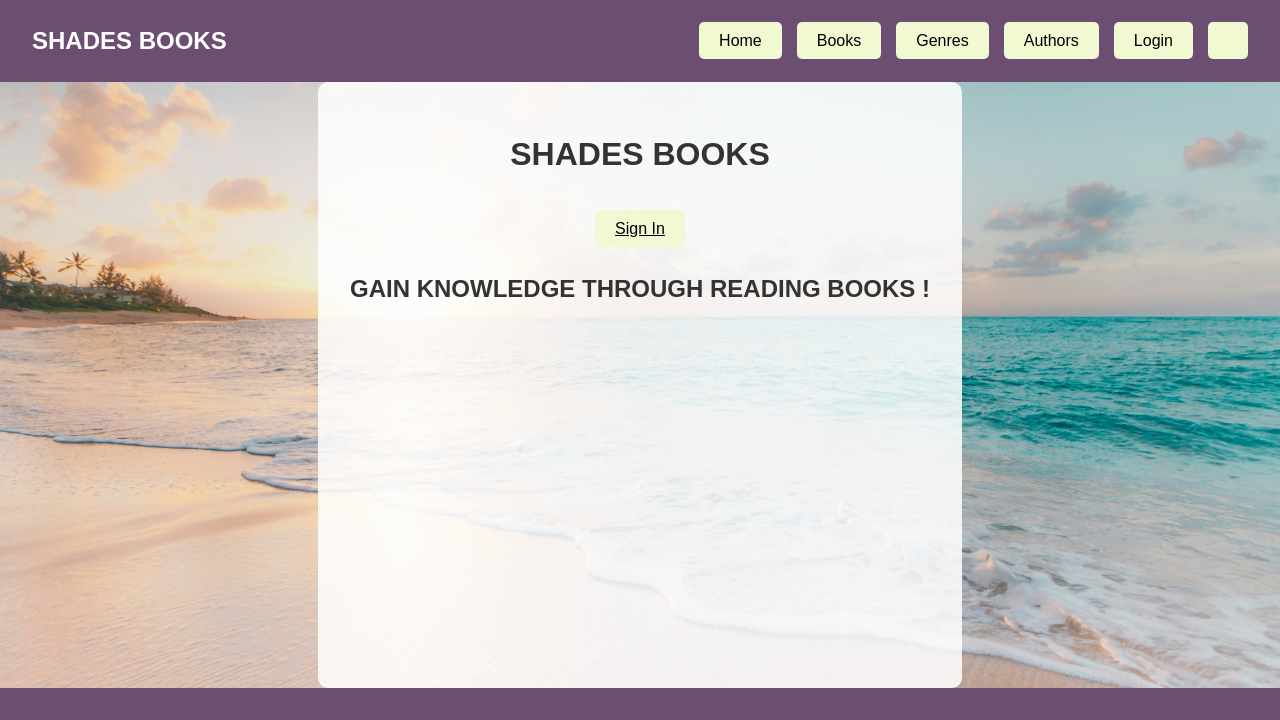
Repository: Harishsuresh-kumar/Library-Web
Page: WORK SITE/User.html
These files come from the project's save history. The page is drawn as it stood at one moment and after a run of saves; the edit follows.
The browser window is 1280 px wide. The pictures show the whole page.

Above is the page before, as saved 2024-11-07 06:56:29.

### WORK SITE/User.html
<!DOCTYPE html>
<html lang="en">
<head>
    <meta charset="UTF-8">
    <meta name="viewport" content="width=device-width, initial-scale=1.0">
    <title>Online Library Management System</title>
    <link rel="stylesheet" href="user.css">
</head>
<body>
    <div class="wrapper">
        <header>
            <div class="logo">
                <h2>SHADES BOOKS</h2>
            </div>
            <nav>
                <ul>
                    <li><a href="User.html" class="button">Home</a></li>
                    <li><a href="Book.html" class="button">Books</a></li>
                    <li><a href="genre.html" class="button">Genres</a></li>
                    <li><a href="Authors.html" class="button">Authors</a></li>
                    <li><a href="Admin Login.html" class="button">Login</a></li>
                    <li><a href="#" class="button"></a></li>
                </ul>
            </nav>
        </header>

        <section class="feature-section">
            <div class="overlay">
                <h1>SHADES BOOKS</h1>

                <div class="carousel">
                    <div class="carousel-item">
                        <!-- Add carousel images here -->
                    </div>
                </div>
                <a href="registration.html" class="button">Sign In</a><br></br>
                <h2>GAIN KNOWLEDGE THROUGH READING BOOKS !</h2>
            </div>
        </section>

        <footer>

        </footer>
    </div>
</body>
</html>

### WORK SITE/user.css
/* Basic styles for the body and html */
body, html {
    margin: 0;
    padding: 0;
    font-family: 'Arial', sans-serif;
    background-image: url('Admin\ image.jpg');
    color: #333;
    height: 100%;
    background-size: cover;
    background-repeat: no-repeat;
    background-position: center;
}

.wrapper {
    display: flex;
    flex-direction: column;
    min-height: 100vh;
}

header {
    background-color: #6B4E71; /* Soft Purple for the header */
    color: #fff;
    padding: 1rem 2rem;
    display: flex;
    align-items: center;
    justify-content: space-between;
}

.logo {
    display: flex;
    align-items: center;
}

.logo img {
    height: 50px;
    width: 50px;
    margin-right: 10px;
    border-radius: 50%;
}

header h2 {
    font-size: 24px;
    margin: 0;
}

nav ul {
    list-style: none;
    display: flex;
    gap: 15px;
}

nav ul li a {
    color: #fff;
    text-decoration: none;
    padding: 5px 10px;
    border-radius: 5px;
    transition: background 0.3s;
}

nav ul li a:hover {
    background-color: #967BB6; /* Light Purple on hover */
}

.feature-section {
    padding: 4rem 2rem;
    text-align: center;
    flex: 1;
    background: rgba(255, 255, 255, 0.85); /* Light overlay */
    border-radius: 10px;
    max-width: 800px;
    margin: 0 auto;
}

.carousel {
    display: flex;
    justify-content: center;
    gap: 15px;
    margin: 20px 0;
}

.carousel-item img {
    width: 150px;
    height: 200px;
    object-fit: cover;
    border-radius: 8px;
    box-shadow: 0 4px 8px rgba(0, 0, 0, 0.1);
}

button, .button {
    background-color: #f1f9d3; /* Soft Purple */
    color: #000;
    padding: 10px 20px;
    border: none;
    border-radius: 5px;
    font-size: 16px;
    cursor: pointer;
    transition: background 0.3s;
}

button:hover, .button:hover {
    background-color: #967BB6; /* Light Purple on hover */
}

footer {
    background-color: #6B4E71; /* Soft Purple */
    color: #fff;
    text-align: center;
    padding: 1rem;
}

footer ul {
    list-style: none;
    display: flex;
    gap: 15px;
    padding: 0;
    margin: 0;
    justify-content: center;
}

footer ul li a {
    color: #fff;
    text-decoration: none;
    transition: color 0.3s;
}

footer ul li a:hover {
    color: #D1C4E9; /* Light Lavender */
}

h1 {
    color: #333;
    font-size: 2rem;
    margin-top: -10px;
}

h5 {
    color: #6B4E71;
    font-size: 1.2rem;
    margin-top: 10px;
}

After the next 2 saves:
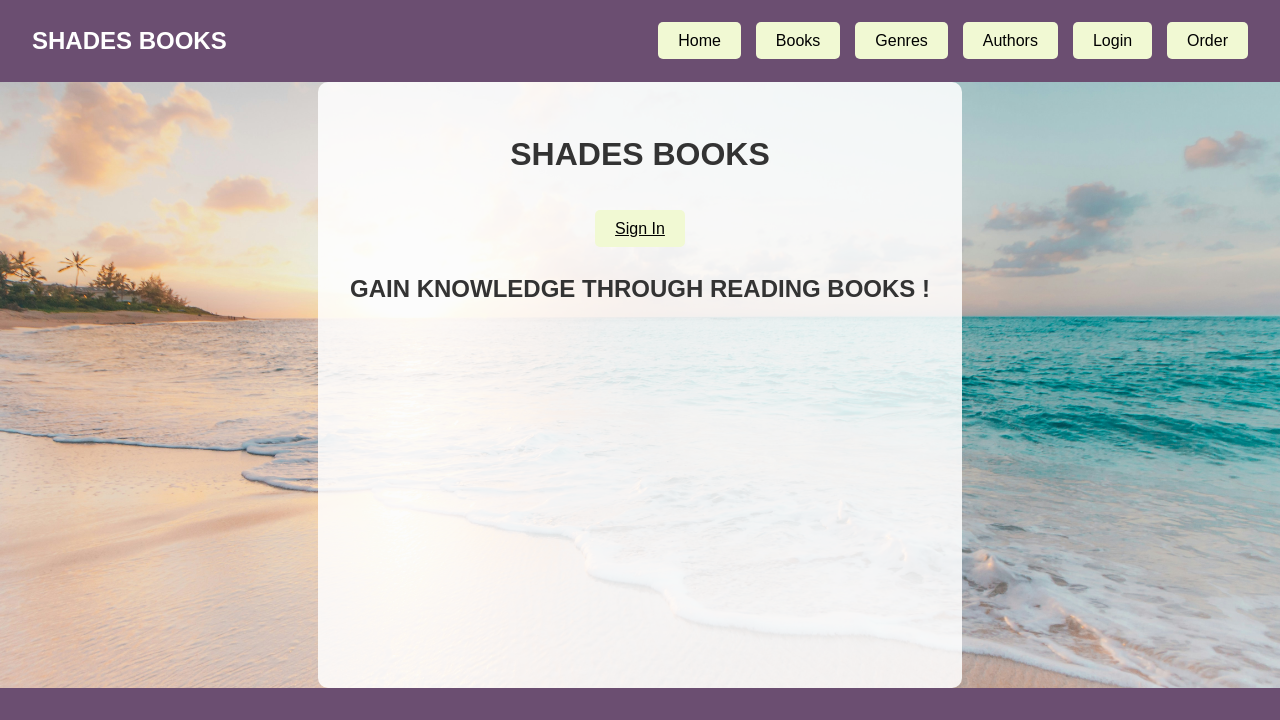
The 2 saves are shown as one change because they came seconds apart.
The last was saved 7 s later.
--- a/WORK SITE/User.html
+++ b/WORK SITE/User.html
@@ -19,7 +19,7 @@
                     <li><a href="genre.html" class="button">Genres</a></li>
                     <li><a href="Authors.html" class="button">Authors</a></li>
                     <li><a href="Admin Login.html" class="button">Login</a></li>
-                    <li><a href="#" class="button"></a></li>
+                    <li><a href="#" class="button">Order</a></li>
                 </ul>
             </nav>
         </header>
